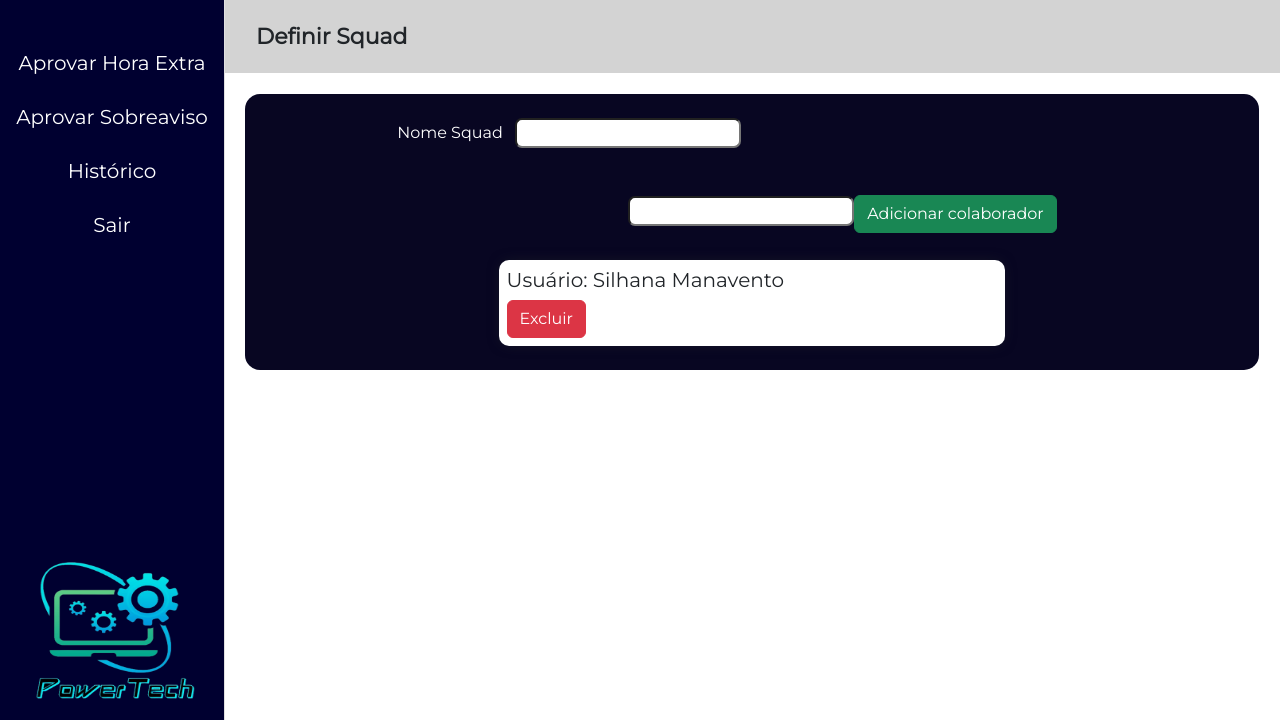
Repository: PowerTech-Fatec/API-2RP-NET
Page: /adm/squad (app in Sprint 3/2rp-web/)
These files come from the project's save history. The page is drawn as it stood at one moment and after the next save; the edit follows.
The browser window is 1280 px wide. The pictures show the whole page.
The project was rebuilt for these pictures with package versions that can differ from the ones it lists, and the page was loaded fresh each time. Also part of the build but not shown: Sprint 3/2rp-web/src/pages/login/login.js, Sprint 3/2rp-web/src/pages/home/dashboard.js, Sprint 3/2rp-web/src/pages/home/sobreaviso/sobreaviso.css, Sprint 3/2rp-web/src/pages/home/sobreaviso/sobreaviso.js, Sprint 3/2rp-web/src/pages/home/hora-extra/hora-extra.css, Sprint 3/2rp-web/src/pages/home/hora-extra/hora-extra.js, Sprint 3/2rp-web/src/components/cards/Cards.js, Sprint 3/2rp-web/src/pages/home/gestor/aprovar-hora-extra/gestor.js and 3 more.

Above is the page before, as saved 2022-11-02 16:25:22.

### Sprint 3/2rp-web/src/index.js
import React from 'react';
import ReactDOM from 'react-dom/client';
import './index.css';
import App from './App';
import reportWebVitals from './reportWebVitals';
import { BrowserRouter } from 'react-router-dom';
import 'bootstrap/dist/css/bootstrap.min.css';
import 'bootstrap-icons/font/bootstrap-icons.css';

import Popper from '@popperjs/core';
import 'bootstrap/dist/js/bootstrap.bundle.min';

const root = ReactDOM.createRoot(document.getElementById('root'));
root.render(
  <BrowserRouter>
    <App />
  </BrowserRouter>
);

// If you want to start measuring performance in your app, pass a function
// to log results (for example: reportWebVitals(console.log))
// or send to an analytics endpoint. Learn more: https://bit.ly/CRA-vitals
reportWebVitals();

### Sprint 3/2rp-web/src/App.js
import React from 'react'
import './App.css';
import { Routes, Route } from 'react-router-dom'
import Login from './pages/login/login'
import Dashboard from './pages/home/dashboard'
import Sobreaviso from './pages/home/sobreaviso/sobreaviso'
import HoraExtra from './pages/home/hora-extra/hora-extra'
import Gestor from './pages/home/gestor/aprovar-hora-extra/gestor'
import GestorSobreaviso from './pages/home/gestor/aprovar-sobreaviso/gestor-sobreaviso'
import GestorHistorico from './pages/home/gestor/historico/gestor-historico'
import Squad from './pages/home/adm/squad/def-squad'

function App() {
  return (
    <Routes>
      <Route path='/login' element={<Login />} />
      <Route path='/dashboard' element={<Dashboard />} />
      <Route path='/horaextra' element={<HoraExtra />} />
      <Route path='/sobreaviso' element={<Sobreaviso />} />
      <Route path='/gestor' element={<Gestor />} />
      <Route path='/gestor-sobreaviso' element={<GestorSobreaviso />} />
      <Route path='/gestor-historico' element={<GestorHistorico />} />
      <Route path='/adm/squad' element={<Squad />} />
      <Route path='*' element={<Login />} />
    </Routes>

  );
}

export default App;

### Sprint 3/2rp-web/src/App.css
@font-face {
    font-family: 'Montserrat';
    src: url(./assets/fonts/Montserrat-Regular.ttf);
}

*{
    font-family: 'Montserrat';
}

.ml-1{margin-left: 0.25rem;}
.ml-2{margin-left: 0.5rem;}
.ml-3{margin-left: 0.75rem;}
.ml-4{margin-left: 1rem;}
.ml-5{margin-left: 1.25rem;}

### Sprint 3/2rp-web/src/pages/home/adm/squad/def-squad.js
import Sidebar from "../../../../components/sidebar"
import Header from "../../../../components/header/header";
import Card from "../../../../components/cards/Squad"
import './def-squad.css'

import React, { Component, useEffect, useState } from 'react';


function Squad() {
    return (
        <Sidebar>
          <Header nome="Definir Squad"></Header>

          {/* linha 1: solitações, filtro */}
          <div className="background d-flex flex-column aling-itens-center">

            <div>
            <span className="soli">
            <label className="font">Nome Squad</label> <input className="squad-name mt-4 mb-4 ml-2"></input>
            </span>

            <span className="filtroLabel">
            <input className="squad-name mt-4 mb-4 ml-2"></input><button type="button" class="btn btn-success mt-1">Adicionar colaborador</button>
            </span>

            {/* card info hora extra */}
            <div className="d-flex flex-column aling-itens-center">
            <Card
              Usuario = " Silhana Manavento"
            />

            </div>


            </div>

          </div>
        </Sidebar>
    )
}

export default Squad

### Sprint 3/2rp-web/src/pages/login/login.css
.login{
    background: #090d23
    ;
}
.fundo{
    background-color: #090d23;
    width: 300px;
    height: 50px;
    color: #fff;
}
.fundoback{
    background-color: #262d28;
}
.fundocolor{
    background-color: #090d23;
}
.background{
    background-color: #9A9696;
}
.height{
    height: 100vh;

}
.tpm{
    margin-top: 150px;
}
.input{
    width: 350px;
    height: 40px;
}
.marg{
    margin-top: 100px;
    margin-left: 180px;
}
.svg{
    margin-top: 3px;
}

### Sprint 3/2rp-web/src/components/sidebar.js
import { Drawer, useTheme } from '@mui/material'
import { Box } from '@mui/system'
import './Sidebar.css'
import { Link } from 'react-router-dom'

import React from 'react'

function Sidebar({ children }) {
    const theme = useTheme();




    return (
        <>

            <Drawer variant='permanent'>
                <Box width={theme.spacing(28)} height={theme.spacing(100)} className ='side-bar  '>
                     <div className='texto mt-5'>

                                {/* <Link to='/dashboard' className ='side-links mt-4'>
                                    Dashboard
                                </Link>
                                <Link to='/horaextra' className ='side-links mt-4'>
                                    Apontar Hora Extra
                                </Link>
                                <Link to='/sobreaviso' className ='side-links mt-4' >
                                    Apontar Sobreaviso
                                </Link> */}

                                {/* Associar a lista de link */}
                                {/* <Link to='/gestor-dashboard' className ='side-links mt-4' >
                                    Dashboard
                                </Link> */}
                                <Link to='/gestor' className ='side-links mt-4' >
                                        Aprovar Hora Extra
                                </Link>
                                <Link to='/gestor-sobreaviso' className ='side-links mt-4' >
                                    Aprovar Sobreaviso
                                </Link>
                                <Link to='/gestor-historico' className ='side-links mt-4' >
                                    Histórico
                                </Link>


                                <Link to='/login' className ='side-links mt-4' >
                                    Sair
                                </Link>

                    </div>
                    <div className='footer'>
                        <img src={require('../assets/powertech.png')} height='140px' width='160px' />
                    </div>
                </Box>
            </Drawer>

            <Box height="100vh" marginLeft={theme.spacing(28)}>
                {children}
            </Box>
        </>
    );
}

export default Sidebar

### Sprint 3/2rp-web/src/components/header/header.js
import './header.css'

import React from 'react'

function Header(props) {

    return (
        <>
            <div className='bg-title'>
                <span className='title'>{props.nome}</span>
            </div>
        </>
    );
}

export default Header

### Sprint 3/2rp-web/src/pages/home/gestor/aprovar-hora-extra/gestor.css
.background{
    margin-top: 2%;
    margin-left: 2%;
    margin-right: 2%;
    border-radius: 15px;

    background-color: #080622;
}

/* .filtro{
    width: 20%;
} */

/* /* .soli{
    margin-left: 15%;
} */

.filtroLabel{
    margin-left: 37%;
} */

.font{
    color: white;
}

### Sprint 3/2rp-web/src/pages/home/gestor/aprovar-sobreaviso/gestor-sobreaviso.css
.background{
    margin-top: 2%;
    margin-left: 2%;
    margin-right: 2%;
    border-radius: 15px;

    background-color: #080622;
}

.filtro{
    width: 20%;
}

.soli{
    margin-left: 15%;
}

.filtroLabel{
    margin-left: 37%;
}

.font{
    color: white;
}

### Sprint 3/2rp-web/src/pages/home/gestor/historico/gestor-historico.css
.background{
    margin-top: 2%;
    margin-left: 2%;
    margin-right: 2%;
    border-radius:   15px;

    background-color: #080622;
}

.filtro{
    width: 20%;
}

.soli{
    margin-left: 15%;
}

.filtroLabel{
    margin-left: 37%;
}

.font{
    color: white;
}

### Sprint 3/2rp-web/src/components/cards/Squad.js
import React from "react";
import './Squad.css'

function Card(props) {
    return(
        <div className="card-container mb-4 col-6 offset-3">
            <div className="card-content">

            <div className="card-title ml-2 mt-2">
                <span>
                <h5>Usuário: {props.Usuario}</h5>
                <button type="button" class="btn btn-danger mb-2">Excluir</button>
                </span>
            </div>

            </div>

        </div>
    )
}

export default Card

### Sprint 3/2rp-web/src/pages/home/adm/squad/def-squad.css
.background{
    margin-top: 2%;
    margin-left: 2%;
    margin-right: 2%;
    border-radius: 15px;

    background-color: #080622;
}

.filtro{
    width: 20%;
}

.soli{
    margin-left: 15%;
}

.filtroLabel{
    margin-left: 37%;
}

.font{
    color: white;
}

.squad-name{
    border-radius: 7px;
}

### Sprint 3/2rp-web/src/components/Sidebar.css
.side-links {
    color: #fff;
    text-decoration: none;
    font-size: 20px;
    display: flex;
    justify-content: center;
}

.side-bar {
    background-color: #000030;
}

.footer{
    margin-bottom: 20px;
    margin-left: 35px;
    position: absolute;
    bottom: 0;
}

### Sprint 3/2rp-web/src/components/header/header.css
.bg-title{
    background-color: lightgray;
    padding: 20px 0px;
}

.title{
    font-size: 22px;
    font-weight: bold;
    margin-left: 2rem;
}

### Sprint 3/2rp-web/src/components/cards/Cards.css
.card-container{
    width: 900px;
    overflow: hidden;
    box-shadow: 0px 0px 15px -5px;
    border-radius: 10px;
    /* margin-left: 15%; */
    margin-top: 10px;

    background-color: white;
}

### Sprint 3/2rp-web/src/components/cards/Squad.css
.card-container{
    width: 600px;
    overflow: hidden;
    box-shadow: 0px 0px 15px -5px;
    border-radius: 10px;
    /* margin-left: 15%; */
    margin-top: 10px;

    background-color: white;
}

Loaded but not shown: Sprint 3/2rp-web/public/index.html (common file); Sprint 3/2rp-web/src/index.css (common file); Sprint 3/2rp-web/src/reportWebVitals.js (common file)

After the next save:
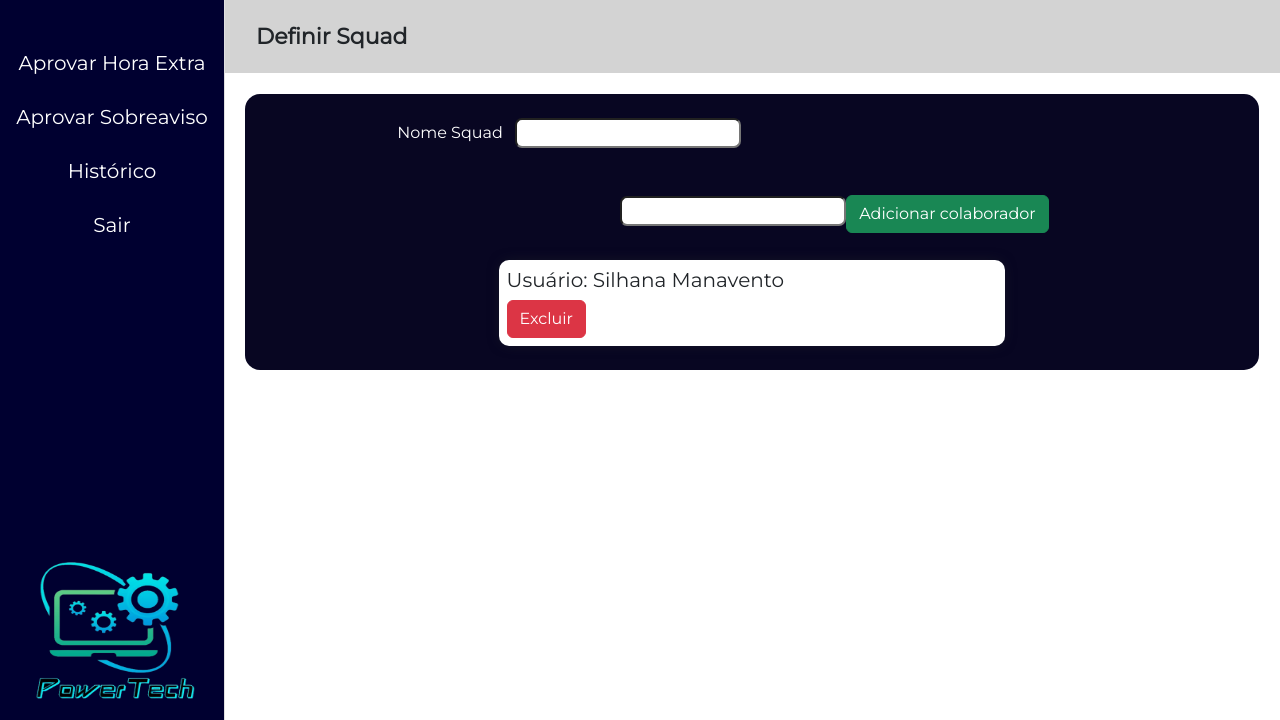
Saved 18 s later.
--- a/Sprint 3/2rp-web/src/pages/home/adm/squad/def-squad.js
+++ b/Sprint 3/2rp-web/src/pages/home/adm/squad/def-squad.js
@@ -20,7 +20,7 @@ function Squad() {
             </span>
 
             <span className="filtroLabel">
-            <input className="squad-name mt-4 mb-4 ml-2"></input><button type="button" class="btn btn-success mt-1">Adicionar colaborador</button>
+            <input className="squad-name mt-4 mb-4"></input><button type="button" class="btn btn-success mt-1">Adicionar colaborador</button>
             </span>
 
             {/* card info hora extra */}
